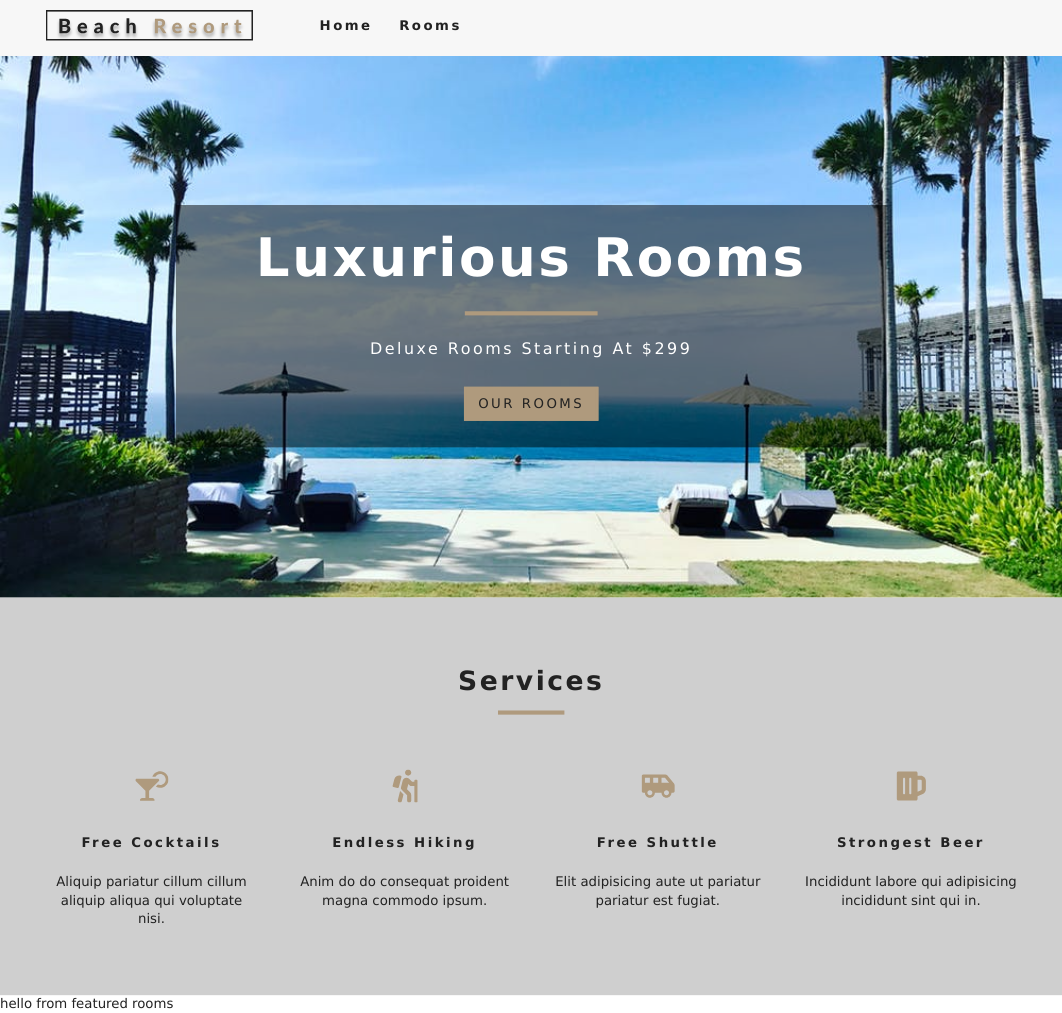
Repository: thanhn379/react-beach-resort
Page: /
An editor plug-in stored every save of this project. The page is shown before and after the next save, followed by the edit.
The browser window is 1280 px wide. The pictures show the whole page, at 83% of full size.
The project was rebuilt for these pictures with package versions that can differ from the ones it lists, and the page was loaded fresh each time. Also part of the build but not shown: src/pages/Rooms.js, src/pages/SingleRoom.js, src/pages/Error.js.

Above is the page before, as saved 2019-11-14 06:29:21.

### public/index.html
<!DOCTYPE html>
<html lang="en">
  <head>
    <meta charset="utf-8" />
    <link rel="icon" href="%PUBLIC_URL%/favicon.ico" />
    <meta name="viewport" content="width=device-width, initial-scale=1" />
    <meta name="theme-color" content="#000000" />
    <meta
      name="description"
      content="Web site created using create-react-app"
    />
    <link rel="apple-touch-icon" href="logo192.png" />
    <!--
      manifest.json provides metadata used when your web app is installed on a
      user's mobile device or desktop. See https://developers.google.com/web/fundamentals/web-app-manifest/
    -->
    <link rel="manifest" href="%PUBLIC_URL%/manifest.json" />
    <!--
      Notice the use of %PUBLIC_URL% in the tags above.
      It will be replaced with the URL of the `public` folder during the build.
      Only files inside the `public` folder can be referenced from the HTML.

      Unlike "/favicon.ico" or "favicon.ico", "%PUBLIC_URL%/favicon.ico" will
      work correctly both with client-side routing and a non-root public URL.
      Learn how to configure a non-root public URL by running `npm run build`.
    -->
    <title>Resort recording</title>
  </head>
  <body>
    <noscript>You need to enable JavaScript to run this app.</noscript>
    <div id="root"></div>
    <!--
      This HTML file is a template.
      If you open it directly in the browser, you will see an empty page.

      You can add webfonts, meta tags, or analytics to this file.
      The build step will place the bundled scripts into the <body> tag.

      To begin the development, run `npm start` or `yarn start`.
      To create a production bundle, use `npm run build` or `yarn build`.
    -->
  </body>
</html>

### src/index.js
import React from "react";
import ReactDOM from "react-dom";
import { BrowserRouter as Router } from "react-router-dom";
// import './index.css';
import App from "./App";
import * as serviceWorker from "./serviceWorker";
import { RoomProvider } from "./context";

ReactDOM.render(
  <RoomProvider>
    <Router>
      <App />
    </Router>
  </RoomProvider>,
  document.getElementById("root")
);

// If you want your app to work offline and load faster, you can change
// unregister() to register() below. Note this comes with some pitfalls.
// Learn more about service workers: https://bit.ly/CRA-PWA
serviceWorker.unregister();

### src/App.js
import React from "react";
import "./App.css";

import NavBar from "./components/NavBar";

import Home from "./pages/Home";
import Rooms from "./pages/Rooms";
import SingleRoom from "./pages/SingleRoom";
import Error from "./pages/Error";

import { Route, Switch } from "react-router-dom";

function App() {
  return (
    <>
      <NavBar />
      <Switch>
        <Route exact path="/" component={Home} />
        <Route exact path="/rooms/" component={Rooms} />
        <Route exact path="/rooms/:slug/" component={SingleRoom} />
        <Route component={Error} />
      </Switch>
    </>
  );
}

export default App;

### src/context.js
import React, { Component } from "react";
import items from "./data";

const RoomContext = React.createContext();

class RoomProvider extends Component {
  state = { rooms: [], sortedRooms: [], featuredRooms: [], loading: true };

  //getData

  componentDidMount() {
    // this.getData
    let rooms = this.formatData(items);
    let featuredRooms = rooms.filter(room => room.featured === true);

    this.setState({ rooms, featuredRooms, sortedRooms: rooms, loading: false });
  }

  formatData(items) {
    let tempItems = items.map(item => {
      let id = item.sys.id;
      let images = item.fields.images.map(image => image.fields.file.url);

      let room = { ...item.fields, images, id };

      return room;
    });

    return tempItems;
  }

  render() {
    return (
      <RoomContext.Provider value={{ ...this.state }}>
        {this.props.children}
      </RoomContext.Provider>
    );
  }
}

const RoomConsumer = RoomContext.Consumer;

export { RoomProvider, RoomConsumer, RoomContext };

### src/components/NavBar.js
import React, { Component } from "react";
import Logo from "../images/logo.svg";
import { FaAlignRight } from "react-icons/fa";
import { Link } from "react-router-dom";

export default class NavBar extends Component {
  state = {
    isOpen: false
  };
  handleToggle = () => {
    this.setState({ isOpen: !this.state.isOpen });
  };
  render() {
    return (
      <nav className="navbar">
        <div className="nav-center">
          <div className="nav-header">
            <Link to="/">
              <img src={Logo} alt="Beach Resort" />
            </Link>
            <button
              type="button"
              className="nav-btn"
              onClick={this.handleToggle}
            >
              <FaAlignRight className="nav-icon" />
            </button>
          </div>
          <ul
            className={this.state.isOpen ? "nav-links show-nav" : "nav-links"}
          >
            <li>
              <Link to="/">Home</Link>
            </li>
            <li>
              <Link to="/rooms">Rooms</Link>
            </li>
          </ul>
        </div>
      </nav>
    );
  }
}

### src/pages/Home.js
import React from "react";
import Hero from "../components/Hero";
import Banner from "../components/Banner";
import { Link } from "react-router-dom";
import Services from "../components/Services";
import FeaturedRooms from "../components/FeaturedRooms";

export default function Home() {
  return (
    <>
      <Hero>
        <Banner
          title="luxurious rooms"
          subtitle="deluxe rooms starting at $299"
        >
          <Link to="/rooms" className="btn-primary">
            our rooms
          </Link>
        </Banner>
      </Hero>
      <Services />
      <FeaturedRooms />
    </>
  );
}

### src/components/Services.js
import React, { Component } from "react";
import { FaCocktail, FaHiking, FaShuttleVan, FaBeer } from "react-icons/fa";
import Title from "./Title";

export default class Services extends Component {
  state = {
    services: [
      {
        icon: <FaCocktail />,
        title: "free cocktails",
        info:
          "Aliquip pariatur cillum cillum aliquip aliqua qui voluptate nisi."
      },
      {
        icon: <FaHiking />,
        title: "Endless Hiking",
        info: "Anim do do consequat proident magna commodo ipsum."
      },
      {
        icon: <FaShuttleVan />,
        title: "Free Shuttle",
        info: "Elit adipisicing aute ut pariatur pariatur est fugiat."
      },
      {
        icon: <FaBeer />,
        title: "Strongest Beer",
        info: "Incididunt labore qui adipisicing incididunt sint qui in."
      }
    ]
  };

  render() {
    return (
      <section className="services">
        <Title title="services" />

        <div className="services-center">
          {this.state.services.map((item, index) => {
            return (
              <article key={index} className="service">
                <span>{item.icon}</span>
                <h6>{item.title}</h6>
                <p>{item.info}</p>
              </article>
            );
          })}
        </div>
      </section>
    );
  }
}

### src/components/FeaturedRooms.js
import React, { Component } from "react";
import { RoomContext } from "../context";

export default class FeaturedRooms extends Component {
  static contextType = RoomContext;

  render() {
    const { featuredRooms } = this.context;
    console.log(featuredRooms);
    return <div>hello from featured rooms</div>;
  }
}

### src/components/Loading.js
import React from "react";
import { loadingGif } from "../images/gif/loading-arrow.gif";

export default function Loading() {
  return (
    <div className="loading">
      <h4>rooms data loading ...</h4>
      <img src={loadingGif} alt="" />
    </div>
  );
}

Loaded but not shown: src/serviceWorker.js (common file); src/App.css (common file); src/components/Hero.js (common file); src/components/Banner.js (common file); src/components/Title.js (common file); src/data.js (760 lines, source omitted)

After the next save:
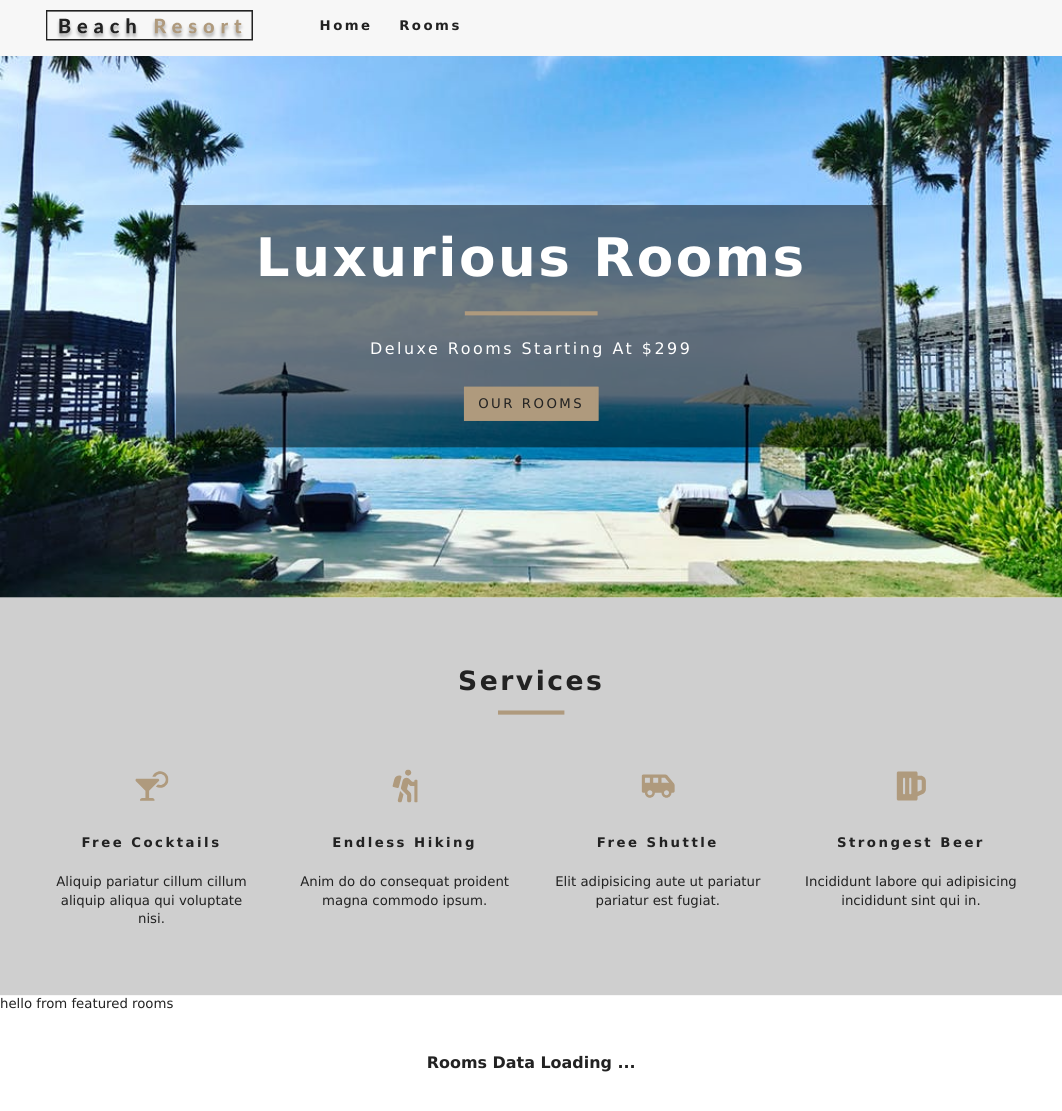
Saved 90 s later.
--- a/src/components/FeaturedRooms.js
+++ b/src/components/FeaturedRooms.js
@@ -1,5 +1,6 @@
 import React, { Component } from "react";
 import { RoomContext } from "../context";
+import Loading from "./Loading";
 
 export default class FeaturedRooms extends Component {
   static contextType = RoomContext;
@@ -7,6 +8,11 @@ export default class FeaturedRooms extends Component {
   render() {
     const { featuredRooms } = this.context;
     console.log(featuredRooms);
-    return <div>hello from featured rooms</div>;
+    return (
+      <div>
+        hello from featured rooms
+        <Loading />
+      </div>
+    );
   }
 }
